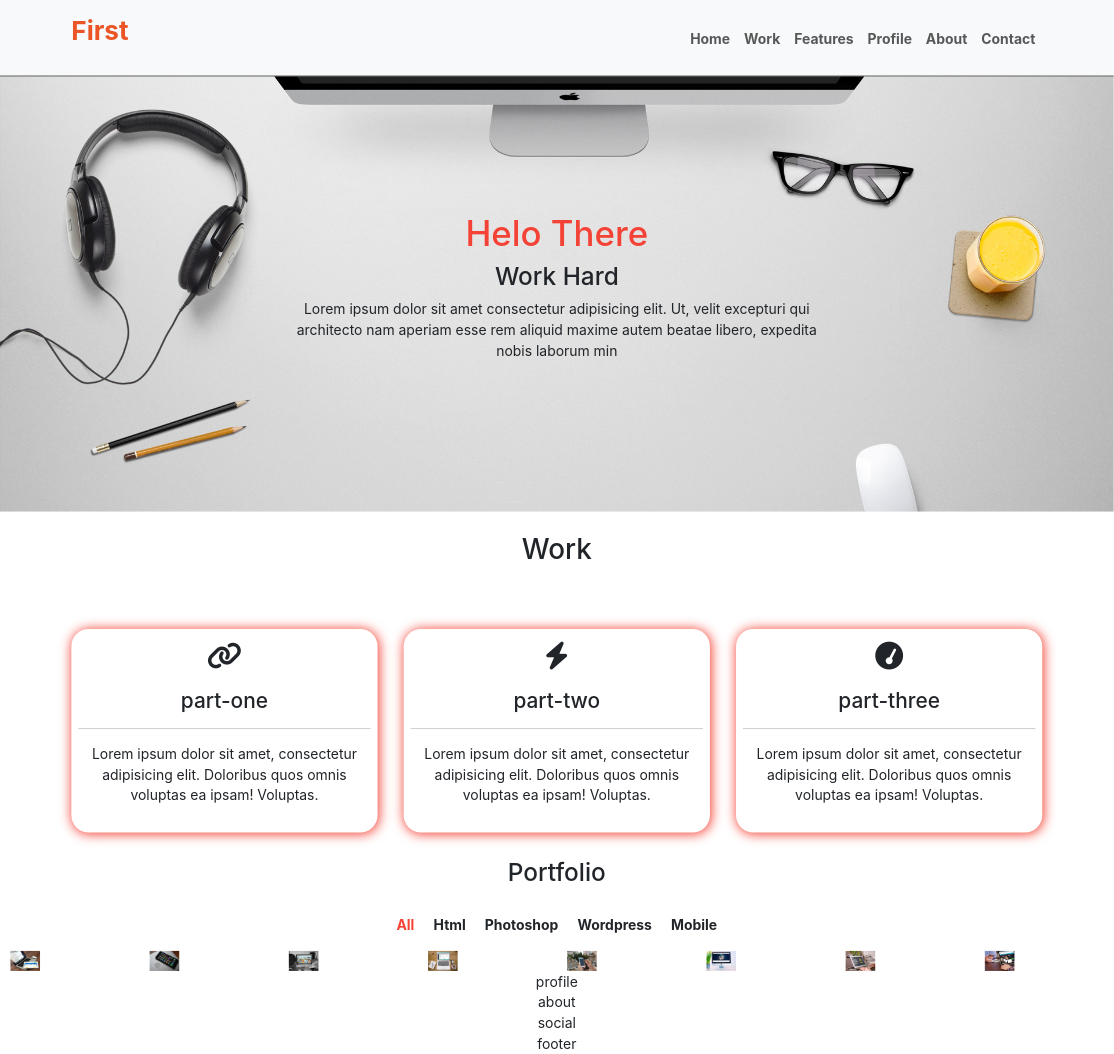
Repository: Hager-h/temple
Page: /
An editor plug-in stored every save of this project. The page is shown before and after a run of saves, followed by the edit.
The browser window is 1280 px wide. The pictures show the whole page, at 87% of full size.
The project was rebuilt for these pictures with package versions that can differ from the ones it lists, and the page was loaded fresh each time. Also part of the build but not shown: src/components/contact/index.js.

Above is the page before, as saved 2023-07-14 05:33:02.

### src/index.js
import React from 'react';
import ReactDOM from 'react-dom/client';
import "../node_modules/bootstrap/dist/css/bootstrap.min.css"
import "../node_modules/bootstrap/dist/js/bootstrap.min.js"
import './index.css';

import App from './App';
import reportWebVitals from './reportWebVitals';
import { BrowserRouter } from 'react-router-dom';

const root = ReactDOM.createRoot(document.getElementById('root'));
root.render(
  <React.StrictMode>
  <BrowserRouter>
  <App />
  </BrowserRouter>
  </React.StrictMode>
);

// If you want to start measuring performance in your app, pass a function
// to log results (for example: reportWebVitals(console.log))
// or send to an analytics endpoint. Learn more: https://bit.ly/CRA-vitals
reportWebVitals();

### src/App.js
import './App.css';
import Home from "./components/home/Home"
import Contact from "./components/contact/index"
import Nav from "./components/navbar/Nav"
import {Routes,Route} from "react-router-dom"
function App() {
  return (
    <div className="App">
    <Nav />
    <Routes>
    <Route path="/" element={<Home />} />
    <Route path="/contact" element={<Contact />} />

    </Routes>




    </div>
  );
}

export default App;

### src/components/home/Home.js
import React from 'react'
import Work from "./../work/Work"
import Portfolio from "./../portfolio/Portfolio"
import Footer from "./../footer/Footer"
import Social from "./../social/Social"
import About from "./../about/about"
import Profile from "./../Profile/Profile"
import Landing from "./../landing/landing"
export default function Home() {
  return (
    <div>

<Landing />
    <Work />
    <Portfolio />

    <Profile />
    <About />
    <Social />
    <Footer />



    </div>
    )
}

### src/components/navbar/Nav.js
import React from "react"
import { Link } from 'react-router-dom'

import "./navStyle.css"
export default function Nav() {
  return (



    <nav className="navbar navbar-expand-lg bg-body-tertiary ">
    <div className="container ">
      <p className="navbar-brand logo-text" >First</p>
      <button className="navbar-toggler" type="button" data-bs-toggle="collapse" data-bs-target="#navbarNavAltMarkup" aria-controls="navbarNavAltMarkup" aria-expanded="false" aria-label="Toggle navigation">
        <span className="navbar-toggler-icon"></span>
      </button>
      <div className="collapse navbar-collapse  " id="navbarNavAltMarkup">
        <div className="navbar-nav ms-auto">
          <Link className="nav-link " to="/">Home</Link>
          <Link className="nav-link" to="/work">Work</Link>
          <Link className="nav-link" to="/feat">Features</Link>
          <Link className="nav-link" to="/profile">Profile</Link>
          <Link className="nav-link" to="/about">About</Link>
          <Link className="nav-link" to="/contact">Contact</Link>
        </div>

      </div>
    </div>
  </nav>

















  )
}

### src/components/work/Work.js
import "./work.css"
import {Usehook} from "../hook/Hook"
export default function Work() {
  const[data,loading,err]=Usehook('js/data.json')






const dataList=data.map(item=>{
  return (
    <div key={item.id}className="part first">
    <i className={item.icon_name}></i>
<h4 className="part-title">{item.title}</h4>
<hr className="line"/>
<p className="part-desc">
{item.body}
</p>
</div>
  )
})
  return (
    <div className="work">
    <div className="container">

        <h2 className="work-title"><span>My</span> Work</h2>
        <div className="all-work">

        {loading&&<p className="spinner"></p>}
          {dataList}
          {err&&<p className="Err">{err}</p>}
            </div>
    </div>
</div>
  )
}

### src/components/portfolio/Portfolio.js
import React,{useEffect,useState} from 'react'

import "./port.css"
import {Usehook} from "../hook2/Hook2.js"

export default function Portfolio() {


    const[data,loading,err]=Usehook('js/data.json')

    const images=data.map((item)=>{
      console.log(item)
      return(
<div className="container">
<div classNmae="row">
<div key={item.id} className=" col-md-3 ">
<div className="overlay"></div>
<span>Show Image</span>
<img className="port-image w-100" src={item.image} alt="image" />







</div>
</div>


      </div>


    )
  })






  return (
    <div className="port">
<h3> <span> My</span> Portfolio</h3>

<div className="catgeory">
<p className="orange">All</p>
<p>Html</p>
<p>Photoshop</p>
<p>Wordpress</p>
<p> Mobile</p>
</div>

<div className="photo">






{images}





</div>


</div>











  )
}

### src/components/social/Social.js
import React from 'react'

export default function Social() {
  return (
    <div>
      social
    </div>
  )
}

### src/components/landing/landing.js
import React,{Fragment} from 'react'
import "./landing.css"
export default function Landing() {
  return (
    <>
    <div className='landing'>
    <div className='containerr'>
    <div className='text-landing'>

<h1>helo there</h1>
<h3>work hard</h3>
<p>Lorem ipsum dolor sit amet consectetur adipisicing elit. Ut, velit excepturi qui architecto nam aperiam esse rem aliquid maxime autem beatae libero, expedita nobis laborum min</p>

</div>
      </div>
    </div>
    </>
  )
}

### src/components/navbar/navStyle.css
.navbar {
  background: #fff;
  border-bottom: 1px solid #000;


}




 .logo-text {
  font-size: 30px;
  font-weight: bold;
  color:#eb5424
};
.nav-link{
  font-weight: bolder;}
.nav-link:focus, .nav-link:hover {
  color: #F44336;
}.nav-link:focus, .nav-link:hover {
  color: #F44336;

}
.navbar-nav{
  font-weight: bolder;

}
.navbar-toggler:focus{
  border:2px solid #F44336;
  box-shadow: 0 0 0 #F44336;
}
@media(max-width:570px){
  .text-landing{
    width:100%;
  }
}

### src/components/work/work.css



.all-work{display: flex;
    justify-content: center;
    align-items: center;
    margin-top: 72px;}
    .part{
      box-shadow: 1px 1px 13px 1px #f44336;
    border-radius: 20px;
    padding: 15px 8px;

    }
    .part-title{
      margin-top:20px;
    }
    .part:not(:last-child){
      margin-right:30px
    }
    .work-title span{
      color:#f44336
    }
    .work-title{
      margin-top:25px
    }
.loading{

}
.Err{
  font-weight:bolder;
  text-transform: capitalize;
      color:#f44336;
font-size :22px;
margin-bottom: 30px;
text-align: center;
}

.spinner {
  border: 3px solid #f3f3f3;
  border-top: 3px solid #f44336;
  border-radius: 50%;
  width: 20px;
  height: 20px;
  animation: spin 1s linear infinite;
}

@keyframes spin {
  0% { transform: rotate(0deg); }
  100% { transform: rotate(360deg); }
}


    @media(max-width:570px){
      .all-work{
      flex-wrap:wrap;
      }
.part:not(:last-child){
  margin-right: 0;
}
.part{
  margin-bottom: 22px;
}

    }

### src/components/hook/Hook.js
import {useEffect,useState}from 'react'
import axios from 'axios'
export  function Usehook(url) {
  const [data,setdata]=useState([])
  const [err,seterr]=useState(null)
  const [loading,setloading]=useState(null)

  useEffect(()=>{
    setloading(true)
    axios.get(url).then(res=>
      {
      setloading(false)
    setdata(res.data.works)
    console.log(res.data)
    seterr(false)
    }
    ).catch(err=>{
      setloading(false)
      seterr("something went wrong")
    })

  },[])
return[data,loading,err]
}

### src/components/portfolio/port.css
.port{
  margin-top:30px;
}

 .catgeory{
  display :flex;
  justify-content: center;
  align-items: center;
  margin-top: 30px;

 }
 .catgeory p:not(:last-child){
  margin-right: 22px;
 }
.catgeory p{
  cursor:pointer;
  font-weight: bold;

}
.catgeory p:hover,.orange{
  color: #F44336;
}
.photo{
  display:flex;
  justify-content:space-between;
  align-items: center;
}

  .port-image{
    max-width:100%;

 }
 span{
  border:1px solid #F44336;
  position: absolute;
  top:50%;
  left:50%;
  transform: translate(-50%,-50%);
  -webkit-transform: translate(-50%,-50%);
  -moz-transform: translate(-50%,-50%);
  -ms-transform: translate(-50%,-50%);
  -o-transform: translate(-50%,-50%);
  background-color: aliceblue;
  padding: 8px 8px;
  border-radius: 14px;
  -webkit-border-radius: 14px;
  -moz-border-radius: 14px;
  -ms-border-radius: 14px;
  -o-border-radius: 14px;
  cursor:pointer;
  font-weight:bolder;
  opacity:0;

}
.overlay{
  position: absolute;
  top: 0;
  left: 0;
  bottom: 0;
  right: 0;
  background: rgba(224, 158, 138, 0.5);
  font-size: 15px;
  opacity: 0
}
.box:hover .overlay,
.box:hover span{
  opacity: 1;
}

### src/components/hook2/Hook2.js
import React ,{useEffect,useState}from 'react'
import axios from 'axios'
export  function Usehook(url) {
  const [data,setdata]=useState([])
  const [err,seterr]=useState(null)
  const [loading,setloading]=useState(null)

  useEffect(()=>{
    setloading(true)
    axios.get(url).then(res=>
      {
      setloading(false)
    setdata(res.data.portfolio)
    console.log(res.data.portfolio)
    seterr(false)
    }
    ).catch(_err=>{
      setloading(false)
      seterr("something went wrong")
    })

  },[url])
return[data,loading,err]
}

### src/components/landing/landing.css
.landing{
  height: 500px;
   background:url("../../../public/images/Home/home-bg.jpg");
  background-position: center;
  background-size: cover;
position: relative;
text-align: center;
}
.containerr{
  width:85%;
  margin:auto;
}
.text-landing{
  position:absolute;
  top:50%;
  left:50%;
  transform: translate(-50%,-50%);
  -webkit-transform: translate(-50%,-50%);
  -moz-transform: translate(-50%,-50%);
  -ms-transform: translate(-50%,-50%);
  -o-transform: translate(-50%,-50%);
}
h1{
  color:#F44336;
  text-transform: capitalize;

}
h3{
  text-transform: capitalize;

}

### public/js/data.json
{
  "works" : [
      {
          "id" : 1,
          "icon_name": "icon fa fa-chain fa-2x",
          "title": "part-one",
          "body": "Lorem ipsum dolor sit amet, consectetur adipisicing elit. Doloribus quos omnis voluptas ea ipsam! Voluptas."
      },
      {
          "id" : 2,
          "icon_name": "icon fa fa-bolt fa-2x",
          "title": "part-two",
          "body": "Lorem ipsum dolor sit amet, consectetur adipisicing elit. Doloribus quos omnis voluptas ea ipsam! Voluptas."
      },
      {
          "id" : 3,
          "icon_name": "icon fa fa-tachometer fa-2x",
          "title": "part-three",
          "body": "Lorem ipsum dolor sit amet, consectetur adipisicing elit. Doloribus quos omnis voluptas ea ipsam! Voluptas."
      }
  ],

  "portfolio" : [
      {
          "id":1,
          "image": "/images/Portfolio/portfolio-img1.jpg"

      },
      {
          "id":2,
          "image": "/images/Portfolio/portfolio-img2.jpg"
        },
      {
          "id":3,
          "image": "/images/Portfolio/portfolio-img3.jpg"
        },
      {
          "id":4,
          "image": "/images/Portfolio/portfolio-img4.jpg"
        },
      {
          "id":5,
          "image": "/images/Portfolio/portfolio-img5.jpg"
        },
      {
          "id":6,
          "image": "/images/Portfolio/portfolio-img6.jpg"
      },
      {
          "id":7,
          "image": "/images/Portfolio/portfolio-img7.jpg"
      },
      {
          "id":8,
          "image": "/images/Portfolio/portfolio-img8.jpg"
      }
  ] ,
  "social" : [
      {
          "id": 1,
          "icon" : "icon fa fa-facebook fa-lg",
          "title" : "Follow Me on",
          "body" : "Social Facebook"
      },
      {
          "id": 2,
          "icon" : "icon fa fa-twitter fa-lg",
          "title" : "Tweet Me on",
          "body" : "Social twitter"
      },
      {
          "id": 3,
          "icon" : "icon fa fa-pinterest fa-lg",
          "title" : "Pin Me on",
          "body" : "Social Pinterest"
      }
  ]
}

Loaded but not shown: public/index.html (common file); src/index.css (common file); src/reportWebVitals.js (common file); src/App.css (common file); src/components/footer/Footer.js (common file); src/components/about/About.js (common file); src/components/Profile/Profile.js (common file)

After the next 2 saves:
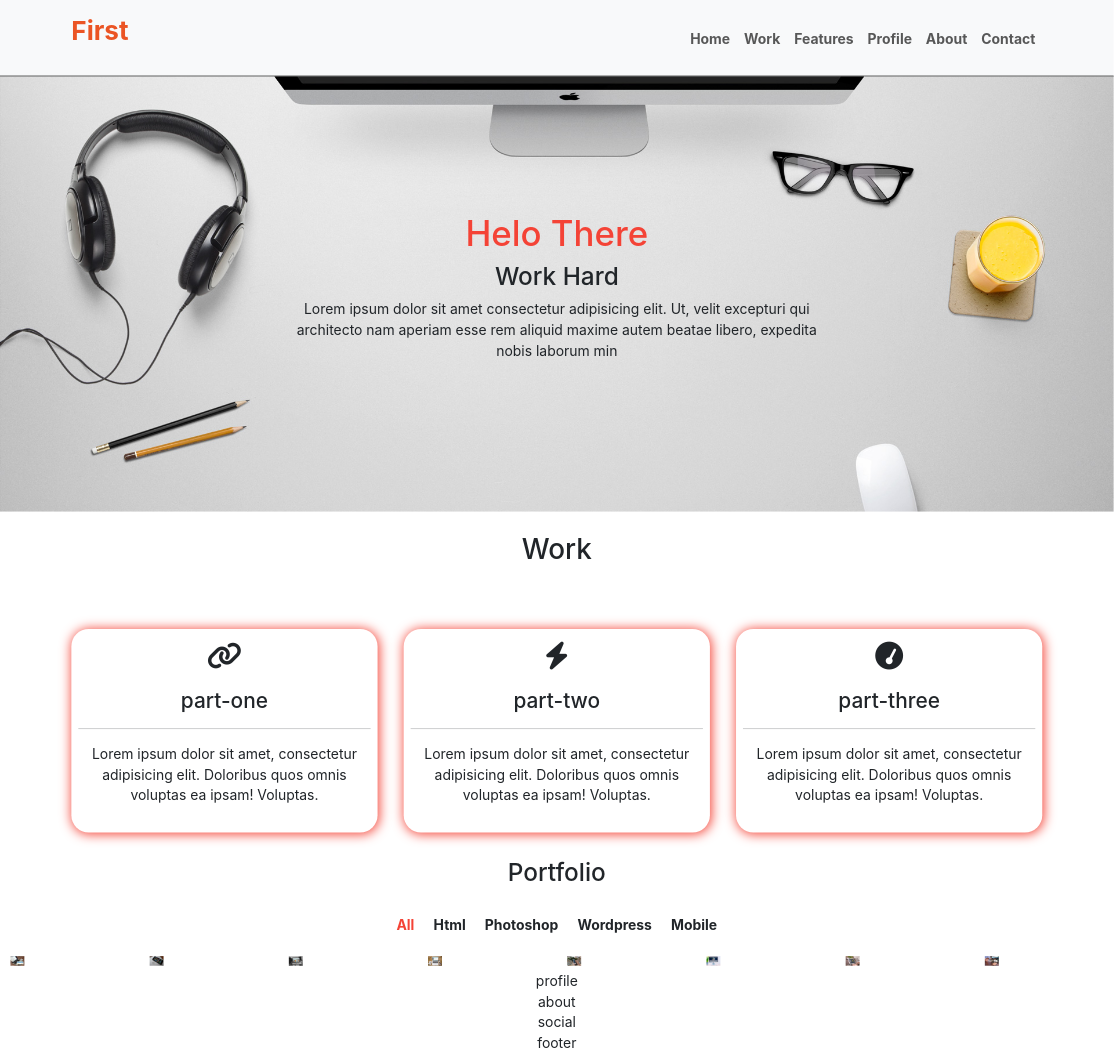
The 2 saves are shown as one change because they came seconds apart.
The last was saved 7 s later.
--- a/src/components/portfolio/Portfolio.js
+++ b/src/components/portfolio/Portfolio.js
@@ -12,7 +12,7 @@ export default function Portfolio() {
       console.log(item)
       return(
 <div className="container">
-<div classNmae="row">
+<div className="row">
 <div key={item.id} className=" col-md-3 ">
 <div className="overlay"></div>
 <span>Show Image</span>
